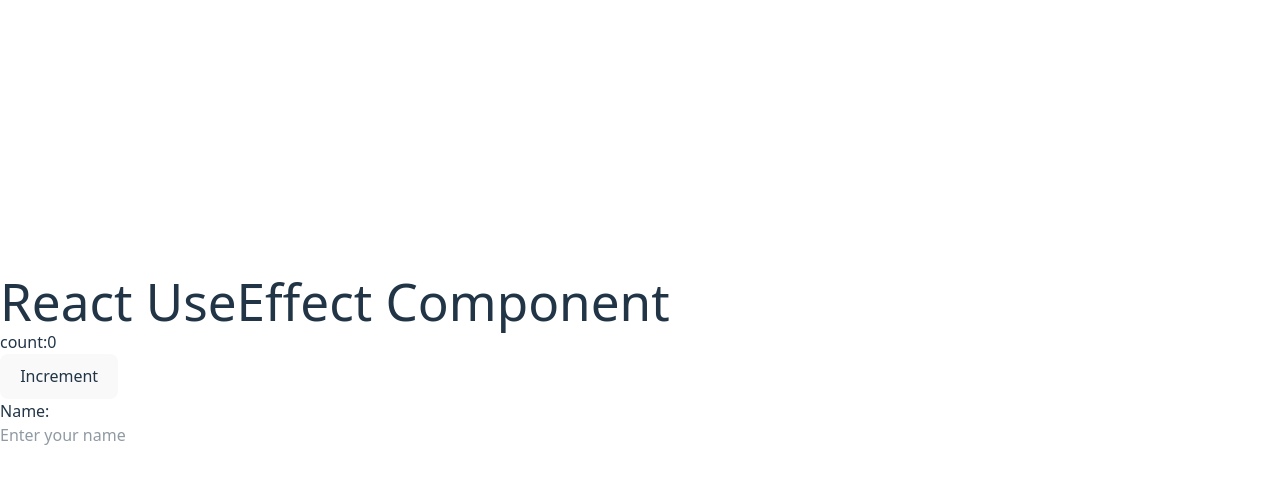
Repository: rushikesh-kolpe21/React_lectures
Page: / (app in React_bun/)
These files come from the project's save history. The page is drawn as it stood at one moment and after the next save; the edit follows.
The browser window is 1280 px wide. The pictures show the whole page.
The project was rebuilt for these pictures with package versions that can differ from the ones it lists, and the page was loaded fresh each time. Also part of the build but not shown: React_bun/vite.config.js, React_bun/src/components/DericedState.jsx, React_bun/src/components/EventProps.jsx, React_bun/src/components/SeriesCards.jsx, React_bun/src/components/Netflix.jsx, React_bun/src/components/Profile.jsx, React_bun/src/components/ToogleSwitch.jsx, React_bun/src/components/ShortCircuit.jsx and 6 more.

Above is the page before, as saved 2025-12-07 21:37:43.

After the next save:
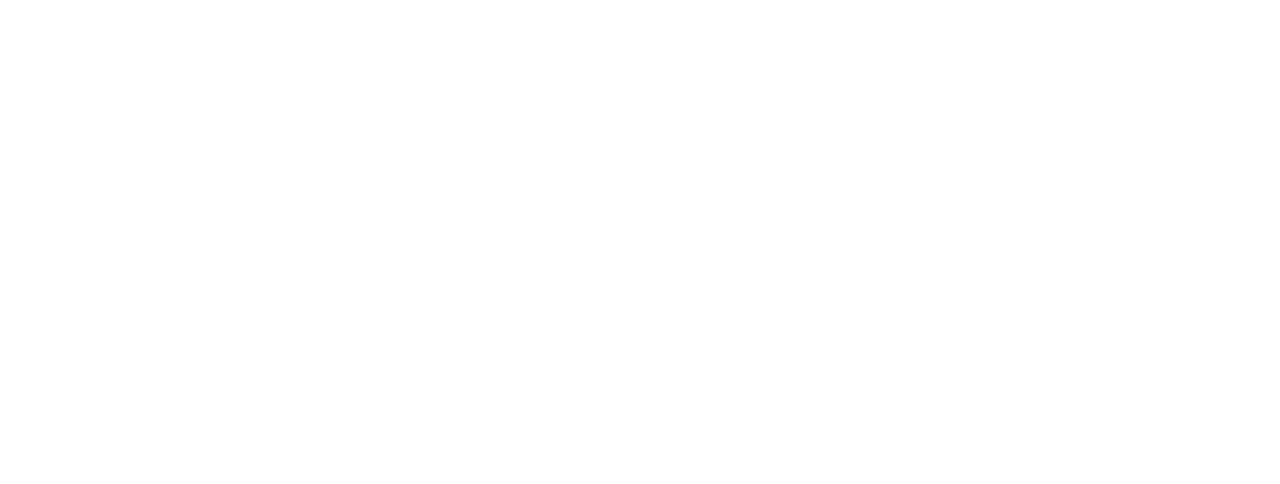
Console error: ReferenceError: useEffect is not defined
Saved 5 min 5 s later.
--- a/React_bun/src/components/hooks/UseEffect/ReactUseEffect.jsx
+++ b/React_bun/src/components/hooks/UseEffect/ReactUseEffect.jsx
@@ -1,8 +1,12 @@
-import { useState } from "react";
+import { use, useState } from "react";
 
 export const ReactUseEffect = () => {
     const [count, setCount] = useState(0);
     const [name, setName] = useState("");
+
+    useEffect(() => {
+        console.log("Count has changed:", count);
+    }, [count]); // Effect runs only when 'count' changes
 
     const handleInputChange = (event) => {
         setName(event.target.value);
@@ -17,7 +21,7 @@
 
         <p>
             Name: <span>{name}</span>
-            {console.log(name)}
+
         </p>
 
         <label >

After the save that followed:
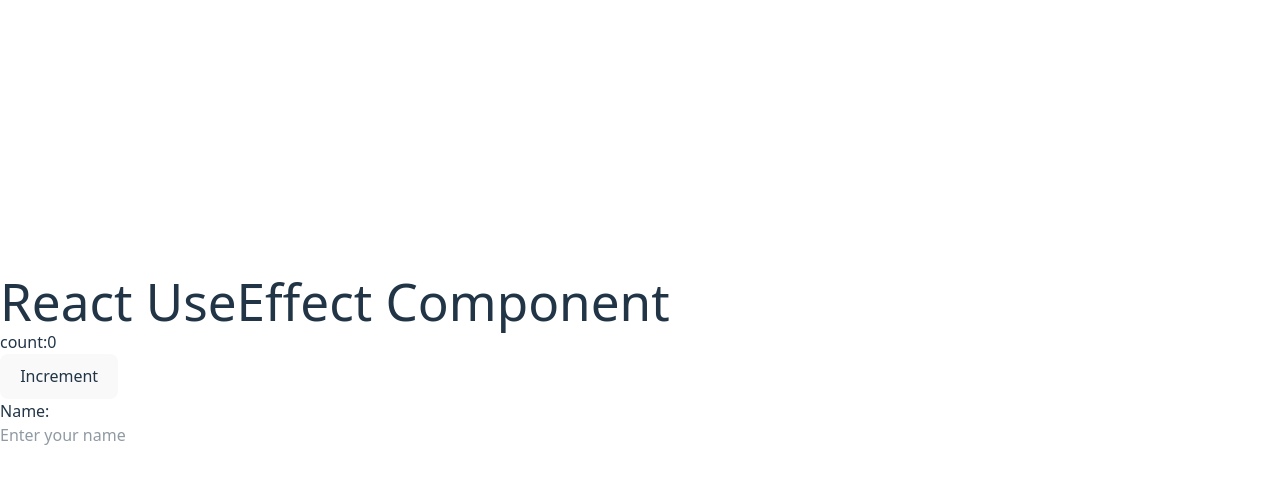
The error is gone.
Saved 24 s later.
--- a/React_bun/src/components/hooks/UseEffect/ReactUseEffect.jsx
+++ b/React_bun/src/components/hooks/UseEffect/ReactUseEffect.jsx
@@ -1,4 +1,4 @@
-import { use, useState } from "react";
+import { useEffect, useState } from "react";
 
 export const ReactUseEffect = () => {
     const [count, setCount] = useState(0);
